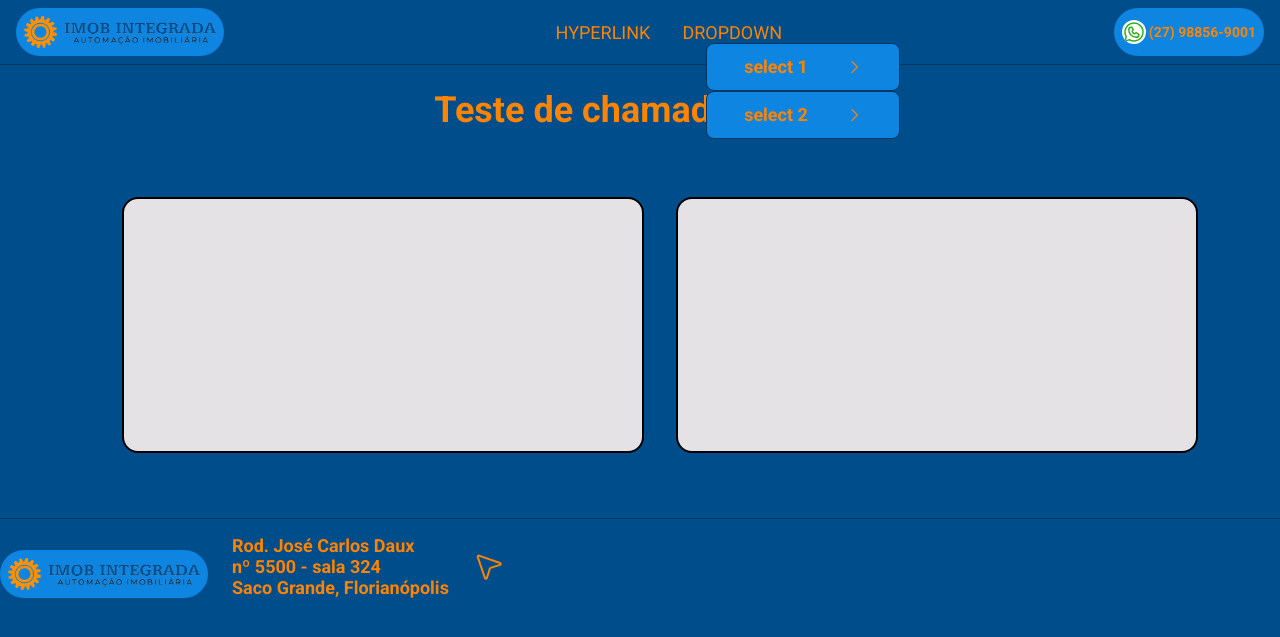
Repository: K0slov/testeAPI
Page: /
These files come from the project's save history. The page is drawn as it stood at one moment and after the next save; the edit follows.
The browser window is 1280 px wide. The pictures show the whole page.
The page's requests for data from a server got no answer. The project was rebuilt for these pictures with package versions that can differ from the ones it lists, and the page was loaded fresh each time. No one was signed in, and anything a server would have sent is missing. Also part of the build but not shown: vite.config.ts.

Above is the page before, as saved 2022-06-28 15:50:07.

After the next save:
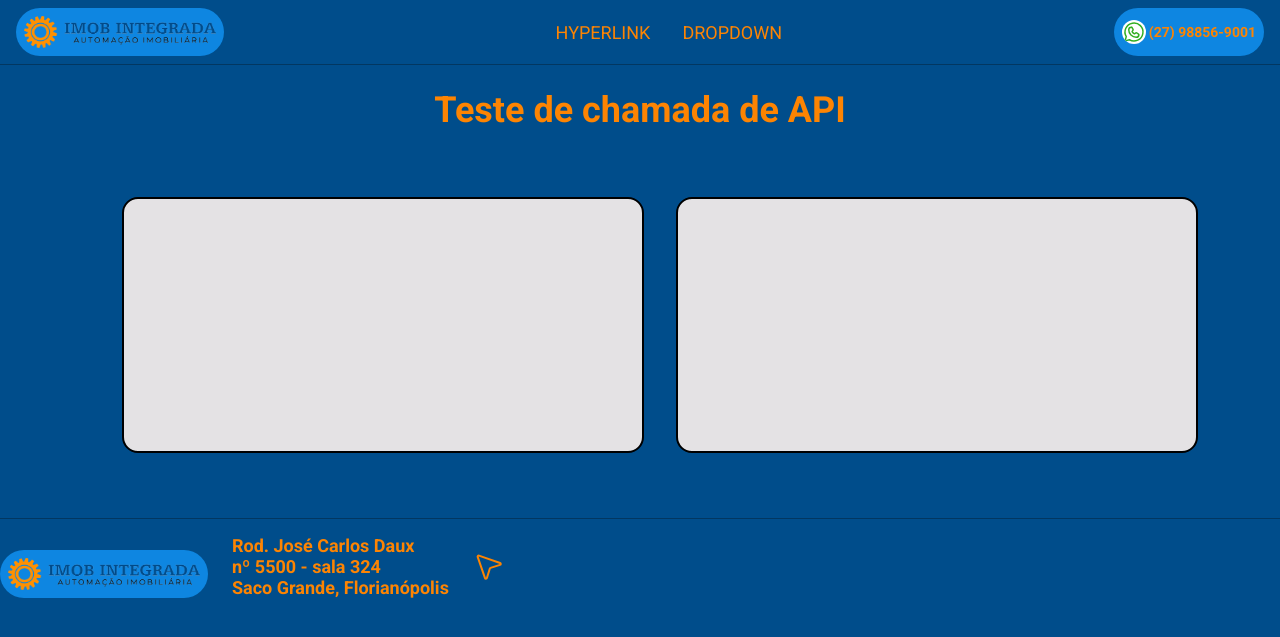
Saved 12 min 26 s later.
--- a/src/components/Header/header.tsx
+++ b/src/components/Header/header.tsx
@@ -5,7 +5,7 @@ import { useState } from 'react';
 import { SelectBar } from '../SelectBar/selectBar';
 
 export function Header() {
-    const [navbar, setNavbar] = useState(true)
+    const [navbar, setNavbar] = useState(false)
     const showSidebar = () => setNavbar(!navbar)
 
     return(
